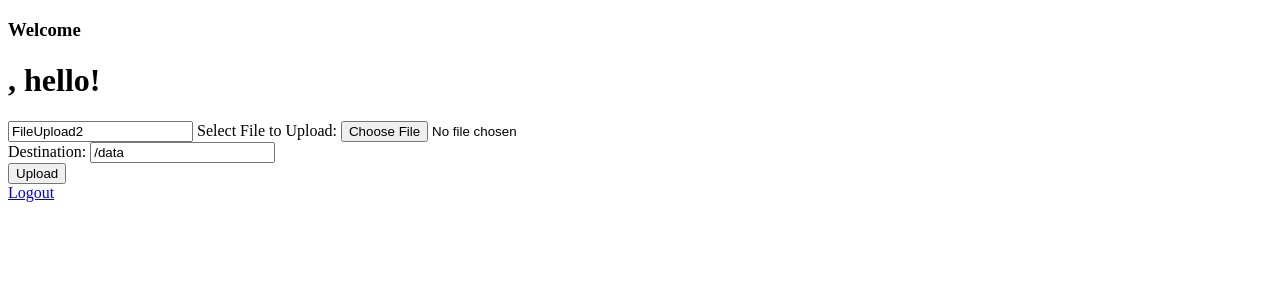
Repository: SvetlanaK367/TrainingJAVA
Page: http://localhost/FinalProject/jsp/main.jsp
An editor plug-in stored every save of this project. The page is shown before and after the next save, followed by the edit.
The browser window is 1280 px wide. The pictures show the whole page.
The page is served by Tomcat 9.

Above is the page before, as saved 2017-04-02 17:33:01.

After the next save:
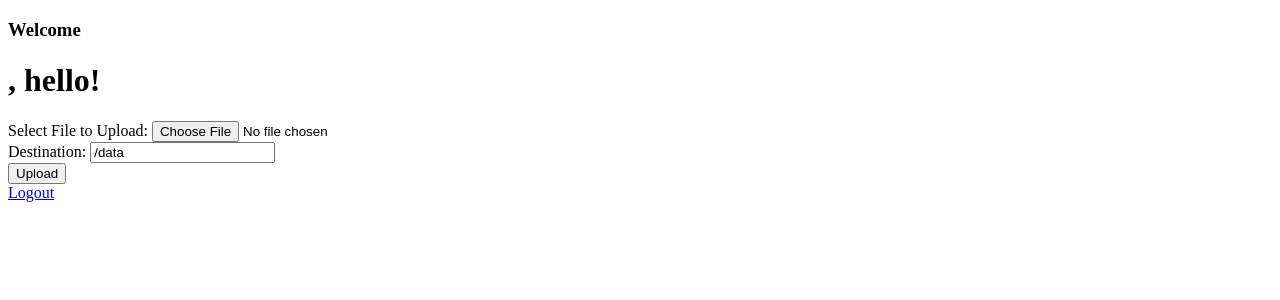
Saved 3 min 8 s later.
--- a/FinalProject/WebContent/jsp/main.jsp
+++ b/FinalProject/WebContent/jsp/main.jsp
@@ -11,7 +11,7 @@
 		<h1> ${user}, hello!</h1>
 
 		<form action="Controller" method="post" enctype="multipart/form-data">
-			<input name="command" value="FileUpload2" />
+			<input type="hidden" name="command" value="FileUpload2" />
             Select File to Upload:
             <input type="file" name="fileName" id="file" /> <br/>
             Destination:
